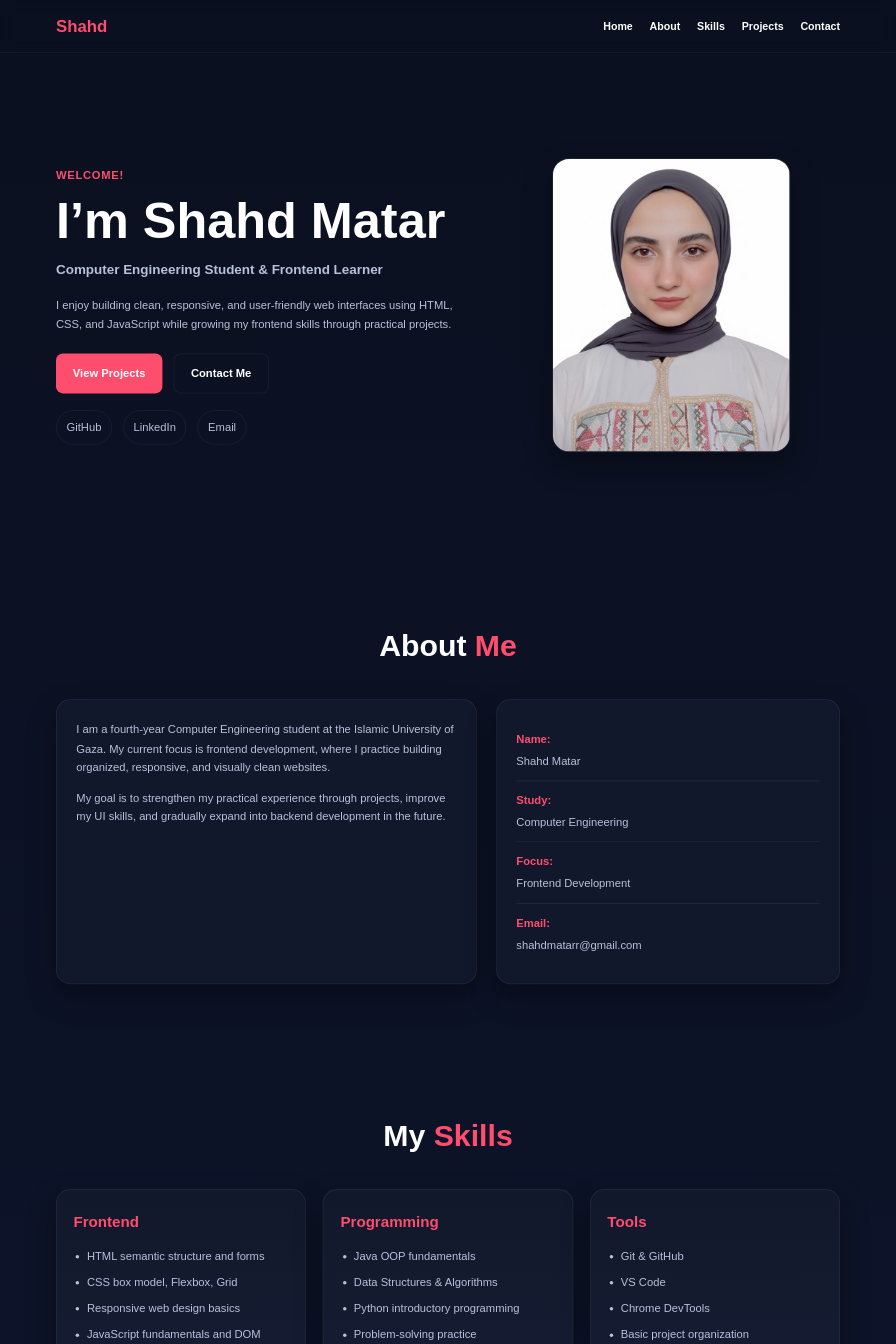
Repository: shahdmattar/personal-landing-page
Page: index.html
An editor plug-in stored every save of this project. The page is shown before and after a run of saves, followed by the edit.
The browser window is 1280 px wide. The pictures show the part of the page from y = 0 to 1920 px (the page is 3670 px tall), at 70% of full size.

Above is the page before, as saved 2026-04-14 00:56:33.

### index.html
<!doctype html>
<html lang="en">
  <head>
    <meta charset="UTF-8" />
    <meta name="viewport" content="width=device-width, initial-scale=1.0" />
    <title>Shahd Matar | Personal Landing Page</title>
    <meta
      name="description"
      content="Personal landing page of Shahd Matar, Computer Engineering student and frontend learner."
    />
    <link rel="stylesheet" href="style.css" />
  </head>

  <body>
    <header class="site-header">
      <div class="container nav-container">
        <a href="#hero" class="logo">Shahd</a>

        <nav aria-label="Primary navigation" class="navbar">
          <a href="#hero">Home</a>
          <a href="#about">About</a>
          <a href="#skills">Skills</a>
          <a href="#projects">Projects</a>
          <a href="#contact">Contact</a>
        </nav>
      </div>
    </header>

    <main>
      <section id="hero" class="hero">
        <div class="container hero-container">
          <div class="hero-text">
            <p class="welcome-text">WELCOME!</p>
            <h1>I’m Shahd Matar</h1>
            <h2>Computer Engineering Student & Frontend Learner</h2>
            <p class="hero-description">
              I enjoy building clean, responsive, and user-friendly web
              interfaces using HTML, CSS, and JavaScript while growing my
              frontend skills through practical projects.
            </p>

            <div class="hero-buttons">
              <a href="#projects" class="btn btn-primary">View Projects</a>
              <a href="#contact" class="btn btn-outline">Contact Me</a>
            </div>

            <div class="social-links">
              <a
                href="https://github.com/shahdmattar"
                target="_blank"
                rel="noopener noreferrer"
                >GitHub</a
              >
              <a
                href="https://www.linkedin.com/in/shahd-matar-957608368"
                target="_blank"
                rel="noopener noreferrer"
                >LinkedIn</a
              >
              <a href="mailto:shahdmatarr@gmail.com">Email</a>
            </div>
          </div>

          <div class="hero-image">
            <img src="profile.jpeg" alt="Portrait of Shahd Matar" />
          </div>
        </div>
      </section>

      <section id="about" class="about section-padding">
        <div class="container">
          <h2 class="section-title">About <span>Me</span></h2>

          <div class="about-content">
            <div class="about-info">
              <p>
                I am a fourth-year Computer Engineering student at the Islamic
                University of Gaza. My current focus is frontend development,
                where I practice building organized, responsive, and visually
                clean websites.
              </p>
              <p>
                My goal is to strengthen my practical experience through
                projects, improve my UI skills, and gradually expand into
                backend development in the future.
              </p>
            </div>

            <div class="about-details">
              <div class="detail-item">
                <span>Name:</span>
                <p>Shahd Matar</p>
              </div>

              <div class="detail-item">
                <span>Study:</span>
                <p>Computer Engineering</p>
              </div>

              <div class="detail-item">
                <span>Focus:</span>
                <p>Frontend Development</p>
              </div>

              <div class="detail-item">
                <span>Email:</span>
                <p>shahdmatarr@gmail.com</p>
              </div>
            </div>
          </div>
        </div>
      </section>

      <section id="skills" class="skills section-padding">
        <div class="container">
          <h2 class="section-title">My <span>Skills</span></h2>

          <div class="skills-grid">
            <article class="skill-card">
              <h3>Frontend</h3>
              <ul>
                <li>HTML semantic structure and forms</li>
                <li>CSS box model, Flexbox, Grid</li>
                <li>Responsive web design basics</li>
                <li>JavaScript fundamentals and DOM basics</li>
              </ul>
            </article>

            <article class="skill-card">
              <h3>Programming</h3>
              <ul>
                <li>Java OOP fundamentals</li>
                <li>Data Structures &amp; Algorithms</li>
                <li>Python introductory programming</li>
                <li>Problem-solving practice</li>
              </ul>
            </article>

            <article class="skill-card">
              <h3>Tools</h3>
              <ul>
                <li>Git &amp; GitHub</li>
                <li>VS Code</li>
                <li>Chrome DevTools</li>
                <li>Basic project organization</li>
              </ul>
            </article>
          </div>
        </div>
      </section>

      <section id="projects" class="projects section-padding">
        <div class="container">
          <h2 class="section-title">My <span>Projects</span></h2>

          <div class="projects-grid">
            <article class="project-card">
              <img
                src="personalpage.png"
                alt="Preview of personal landing page project"
                class="project-image"
              />
              <div class="project-content">
                <h3>Personal Landing Page</h3>
                <p>
                  A modern personal portfolio page built with semantic HTML and
                  CSS, including hero, about, skills, projects, and contact
                  sections.
                </p>
                <div class="project-links">
                  <a
                    href="https://github.com/shahdmattar/personal-landing-page"
                    target="_blank"
                    rel="noopener noreferrer"
                    class="btn btn-small btn-primary"
                    >GitHub Repo</a
                  >
                  <a
                    href="https://shahdmattar.github.io/personal-landing-page/"
                    target="_blank"
                    rel="noopener noreferrer"
                    class="btn btn-small btn-outline"
                    >Live Demo</a
                  >
                </div>
              </div>
            </article>

            <article class="project-card">
              <img
                src="project2.jpg"
                alt="Preview of ecommerce UI project"
                class="project-image"
              />
              <div class="project-content">
                <h3>Responsive E-commerce UI</h3>
                <p>
                  A frontend e-commerce interface concept with product cards,
                  modern layout, clean styling, and responsive behavior for
                  mobile and desktop screens.
                </p>
                <div class="project-links">
                  <a href="#" class="btn btn-small btn-primary">GitHub Repo</a>
                  <a href="#" class="btn btn-small btn-outline">Live Demo</a>
                </div>
              </div>
            </article>
          </div>
        </div>
      </section>

      <section id="contact" class="contact section-padding">
        <div class="container">
          <h2 class="section-title">Contact <span>Me</span></h2>

          <form action="#" method="post" class="contact-form">
            <div class="input-row">
              <input
                type="text"
                name="name"
                placeholder="Your Name"
                required
                minlength="2"
                autocomplete="name"
              />
              <input
                type="email"
                name="email"
                placeholder="Your Email"
                required
                autocomplete="email"
              />
            </div>

            <textarea
              name="message"
              rows="7"
              placeholder="Write your message..."
              required
              minlength="10"
            ></textarea>

            <button type="submit" class="btn btn-primary">Send Message</button>
          </form>

          <p class="contact-note">
            You can also contact me directly at
            <a href="mailto:shahdmatarr@gmail.com">shahdmatarr@gmail.com</a>
          </p>
        </div>
      </section>
    </main>

    <footer class="site-footer">
      <div class="container">
        <p>&copy; 2026 Shahd Matar. All rights reserved.</p>
      </div>
    </footer>
  </body>
</html>

### style.css
* {
  margin: 0;
  padding: 0;
  box-sizing: border-box;
}

:root {
  --bg-main: #0b1020;
  --bg-card: #12182b;
  --bg-card-2: #161d33;
  --text-main: #ffffff;
  --text-muted: #b8c0db;
  --accent: #ff4d6d;
  --accent-dark: #e63f5d;
  --border: rgba(255, 255, 255, 0.08);
  --shadow: 0 18px 40px rgba(0, 0, 0, 0.35);
  --radius: 20px;
  --transition: 0.3s ease;
}

html {
  scroll-behavior: smooth;
}

body {
  font-family: Arial, sans-serif;
  background: linear-gradient(180deg, #0b1020 0%, #0f1630 100%);
  color: var(--text-main);
  line-height: 1.7;
}

img {
  max-width: 100%;
  display: block;
}

a {
  text-decoration: none;
}

ul {
  padding-left: 1.2rem;
}

.container {
  width: min(1120px, 92%);
  margin: 0 auto;
}

.section-padding {
  padding: 90px 0;
}

.section-title {
  text-align: center;
  font-size: clamp(2rem, 4vw, 2.7rem);
  margin-bottom: 40px;
  font-weight: 800;
}

.section-title span {
  color: var(--accent);
}

.site-header {
  position: sticky;
  top: 0;
  z-index: 1000;
  background: rgba(11, 16, 32, 0.88);
  backdrop-filter: blur(10px);
  border-bottom: 1px solid var(--border);
}

.nav-container {
  min-height: 75px;
  display: flex;
  justify-content: space-between;
  align-items: center;
  gap: 20px;
}

.logo {
  font-size: 1.5rem;
  font-weight: 800;
  color: var(--accent);
}

.navbar {
  display: flex;
  gap: 24px;
  flex-wrap: wrap;
}

.navbar a {
  color: var(--text-main);
  font-size: 0.95rem;
  font-weight: 700;
  position: relative;
  transition: var(--transition);
}

.navbar a:hover {
  color: var(--accent);
}

.navbar a::after {
  content: "";
  position: absolute;
  left: 0;
  bottom: -7px;
  width: 0;
  height: 2px;
  background: var(--accent);
  transition: var(--transition);
}

.navbar a:hover::after {
  width: 100%;
}

.hero {
  min-height: 100vh;
  display: flex;
  align-items: center;
}

.hero-container {
  display: grid;
  grid-template-columns: 1.1fr 0.9fr;
  align-items: center;
  gap: 50px;
}

.welcome-text {
  color: var(--accent);
  font-weight: 800;
  letter-spacing: 1px;
  margin-bottom: 12px;
}

.hero-text h1 {
  font-size: clamp(2.8rem, 6vw, 4.5rem);
  line-height: 1.1;
  margin-bottom: 14px;
}

.hero-text h2 {
  color: var(--text-muted);
  font-size: 1.2rem;
  font-weight: 600;
  margin-bottom: 20px;
}

.hero-description {
  max-width: 620px;
  color: var(--text-muted);
  margin-bottom: 28px;
}

.hero-buttons {
  display: flex;
  gap: 16px;
  flex-wrap: wrap;
  margin-bottom: 24px;
}

.btn {
  display: inline-block;
  border-radius: 10px;
  font-weight: 700;
  transition: var(--transition);
  cursor: pointer;
  border: none;
}

.btn-primary {
  background: var(--accent);
  color: #fff;
  padding: 14px 24px;
}

.btn-primary:hover {
  background: var(--accent-dark);
  transform: translateY(-3px);
}

.btn-outline {
  background: transparent;
  color: #fff;
  border: 1px solid var(--border);
  padding: 14px 24px;
}

.btn-outline:hover {
  border-color: var(--accent);
  color: var(--accent);
  transform: translateY(-3px);
}

.btn-small {
  padding: 11px 18px;
  font-size: 0.95rem;
}

.social-links {
  display: flex;
  gap: 16px;
  flex-wrap: wrap;
}

.social-links a {
  color: var(--text-muted);
  border: 1px solid var(--border);
  padding: 10px 14px;
  border-radius: 50px;
  transition: var(--transition);
}

.social-links a:hover {
  color: #fff;
  border-color: var(--accent);
  background: rgba(255, 77, 109, 0.12);
}

.hero-image {
  display: flex;
  justify-content: center;
}

.hero-image img {
  width: 340px;
  height: 420px;
  object-fit: cover;
  border-radius: 24px;
  border: 1px solid var(--border);
  box-shadow: var(--shadow);
  background: var(--bg-card);
}

.about-content {
  display: grid;
  grid-template-columns: 1.1fr 0.9fr;
  gap: 28px;
}

.about-info,
.about-details,
.skill-card,
.project-card,
.contact-form {
  background: var(--bg-card);
  border: 1px solid var(--border);
  border-radius: var(--radius);
  box-shadow: var(--shadow);
}

.about-info,
.about-details {
  padding: 28px;
}

.about-info p {
  color: var(--text-muted);
  margin-bottom: 16px;
}

.detail-item {
  padding: 14px 0;
  border-bottom: 1px solid var(--border);
}

.detail-item:last-child {
  border-bottom: none;
}

.detail-item span {
  display: block;
  color: var(--accent);
  font-weight: 700;
  margin-bottom: 4px;
}

.detail-item p {
  color: var(--text-muted);
}

.skills-grid {
  display: grid;
  grid-template-columns: repeat(3, 1fr);
  gap: 24px;
}

.skill-card {
  padding: 28px 24px;
  transition: var(--transition);
  background: linear-gradient(180deg, var(--bg-card), var(--bg-card-2));
}

.skill-card:hover {
  transform: translateY(-8px);
  border-color: rgba(255, 77, 109, 0.3);
}

.skill-card h3 {
  color: var(--accent);
  margin-bottom: 16px;
  font-size: 1.35rem;
}

.skill-card li {
  color: var(--text-muted);
  margin-bottom: 10px;
}

.projects-grid {
  display: grid;
  grid-template-columns: repeat(2, 1fr);
  gap: 28px;
}

.project-card {
  overflow: hidden;
  transition: var(--transition);
  background: linear-gradient(180deg, var(--bg-card), var(--bg-card-2));
}

.project-card:hover {
  transform: translateY(-8px);
  border-color: rgba(255, 77, 109, 0.3);
}

.project-image {
  width: 100%;
  height: 240px;
  object-fit: cover;
  background: #1b2440;
}

.project-content {
  padding: 24px;
}

.project-content h3 {
  margin-bottom: 12px;
  font-size: 1.4rem;
}

.project-content p {
  color: var(--text-muted);
  margin-bottom: 18px;
}

.project-links {
  display: flex;
  gap: 12px;
  flex-wrap: wrap;
}

.contact-form {
  padding: 28px;
  max-width: 860px;
  margin: 0 auto;
}

.input-row {
  display: grid;
  grid-template-columns: repeat(2, 1fr);
  gap: 18px;
  margin-bottom: 18px;
}

.contact-form input,
.contact-form textarea {
  width: 100%;
  background: #0f1529;
  border: 1px solid var(--border);
  color: #fff;
  padding: 15px 16px;
  border-radius: 12px;
  outline: none;
  font-size: 1rem;
  transition: var(--transition);
}

.contact-form input:focus,
.contact-form textarea:focus {
  border-color: var(--accent);
  box-shadow: 0 0 0 4px rgba(255, 77, 109, 0.12);
}

.contact-form textarea {
  resize: vertical;
  margin-bottom: 18px;
}

.contact-note {
  text-align: center;
  color: var(--text-muted);
  margin-top: 18px;
}

.contact-note a {
  color: var(--accent);
  font-weight: 700;
}

.site-footer {
  padding: 28px 0 36px;
  text-align: center;
  border-top: 1px solid var(--border);
  color: var(--text-muted);
  margin-top: 20px;
}

@media (max-width: 992px) {
  .hero-container,
  .about-content,
  .skills-grid,
  .projects-grid {
    grid-template-columns: 1fr;
  }

  .hero {
    min-height: auto;
    padding-top: 60px;
  }

  .hero-text {
    text-align: center;
  }

  .hero-description {
    margin-left: auto;
    margin-right: auto;
  }

  .hero-buttons,
  .social-links {
    justify-content: center;
  }

  .hero-image {
    order: -1;
  }

  .hero-image img {
    width: 300px;
    height: 360px;
  }
}

@media (max-width: 768px) {
  .nav-container {
    flex-direction: column;
    justify-content: center;
    padding: 16px 0;
  }

  .navbar {
    justify-content: center;
  }

  .input-row {
    grid-template-columns: 1fr;
  }
}

@media (max-width: 576px) {
  .section-padding {
    padding: 70px 0;
  }

  .hero-text h1 {
    font-size: 2.4rem;
  }

  .hero-text h2 {
    font-size: 1rem;
  }

  .hero-buttons .btn,
  .project-links .btn,
  .contact-form .btn {
    width: 100%;
    text-align: center;
  }

  .project-links {
    flex-direction: column;
  }

  .about-info,
  .about-details,
  .skill-card,
  .contact-form {
    padding: 22px 18px;
  }

  .hero-image img {
    width: 260px;
    height: 320px;
  }
}

After the next 2 saves:
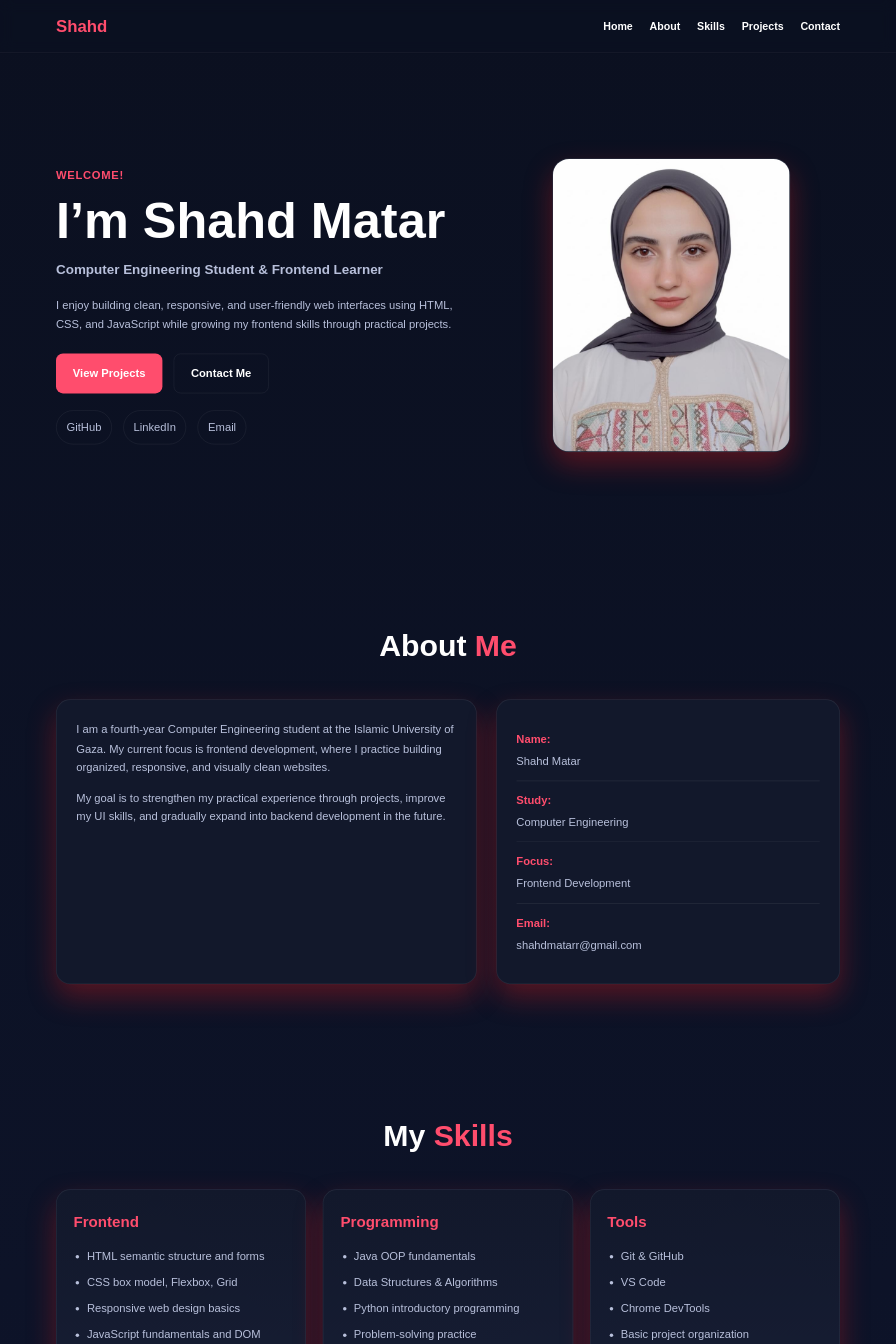
The 2 saves are shown as one change because they came seconds apart.
The last was saved 67 s later.
--- a/style.css
+++ b/style.css
@@ -13,7 +13,7 @@
   --accent: #ff4d6d;
   --accent-dark: #e63f5d;
   --border: rgba(255, 255, 255, 0.08);
-  --shadow: 0 18px 40px rgba(0, 0, 0, 0.35);
+  --shadow: 0 18px 40px rgba(224, 28, 28, 0.35);
   --radius: 20px;
   --transition: 0.3s ease;
 }
